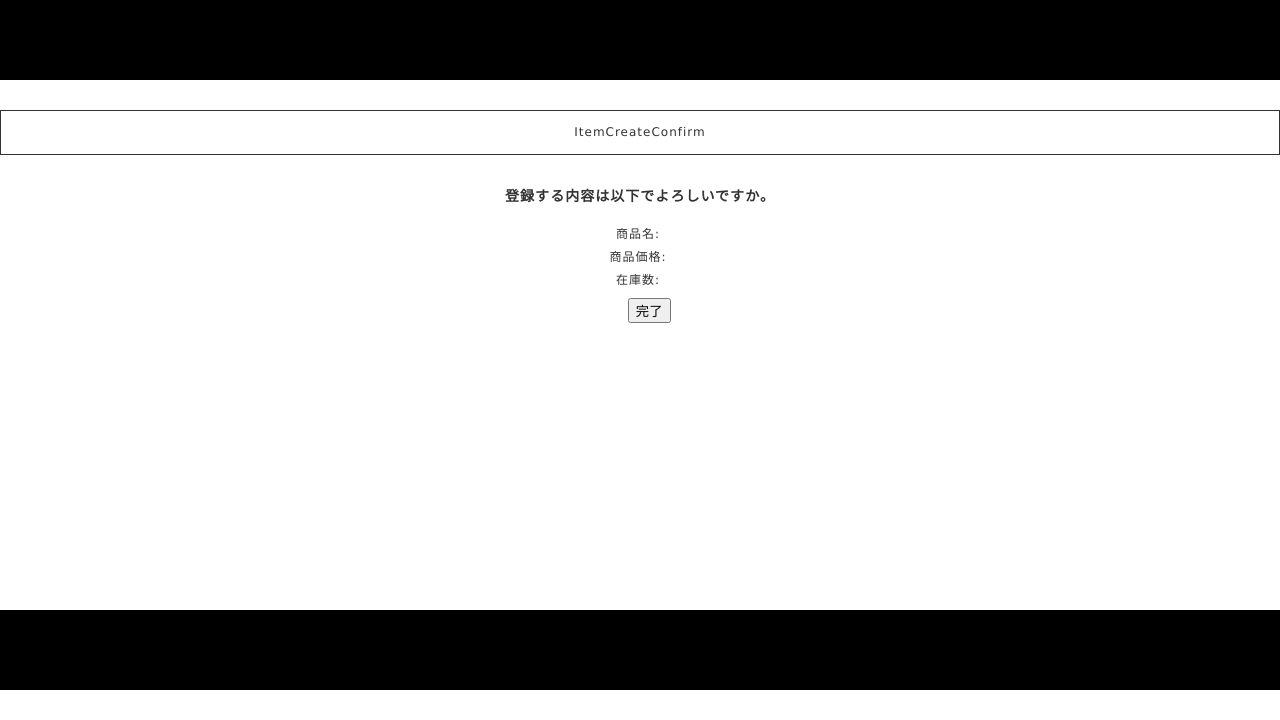
Repository: hirose0320/test
Page: http://localhost/ecsite2/itemCreateConfirm.jsp
The author's editor kept a copy of each file at every save. The page is drawn from the files as they stood at one save, then again after the next save.
The browser window is 1280 px wide. The pictures show the whole page.
Some web libraries are served in a nearby version. The page is served by Tomcat 9.

Above is the page before, as saved 2019-03-06 02:39:01.

After the next save:
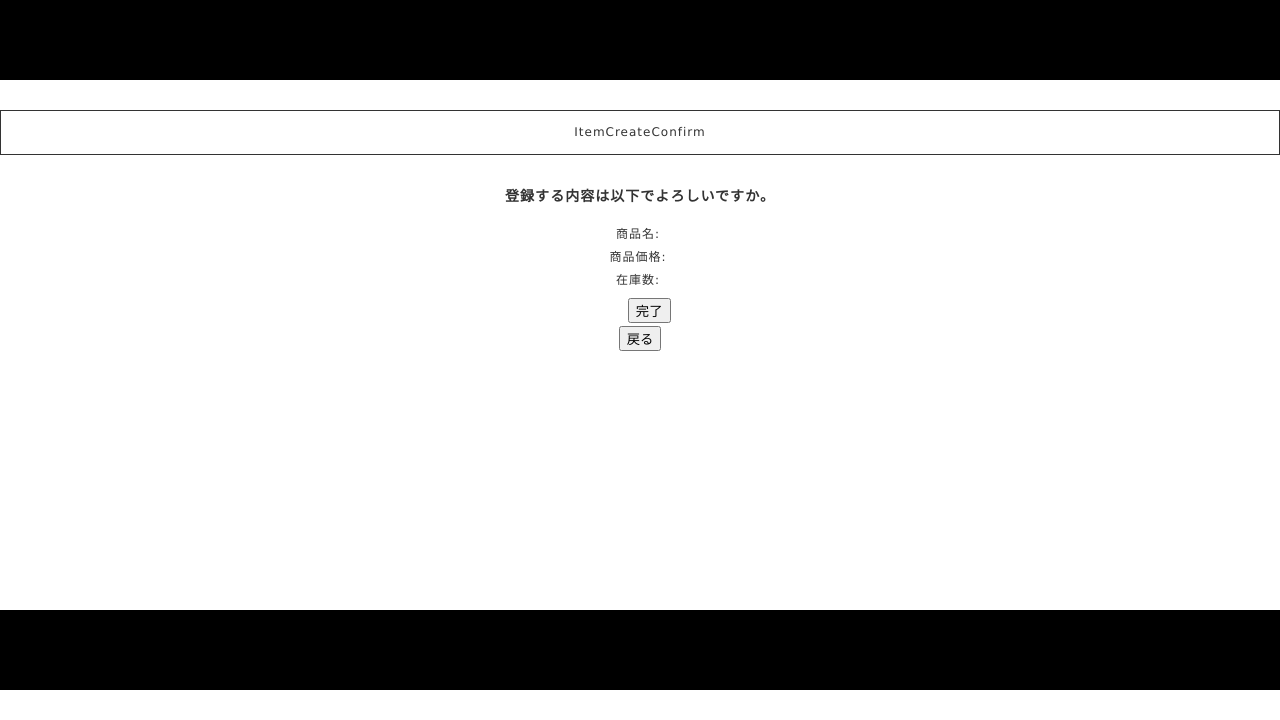
Saved 4 min 11 s later.
--- a/ecsite2/WebContent/itemCreateConfirm.jsp
+++ b/ecsite2/WebContent/itemCreateConfirm.jsp
@@ -10,6 +10,9 @@
 <meta http-equiv="imagetoolbar" content="no" />
 <meta name="description" content="" />
 <meta name="keywords" content="" />
+<script
+	src="http://ajax.googleapis.com/ajax/libs/jquery/1.9.1/jquery.min.js
+"></script>
 <title>ItemCreateConfirm画面</title>
 
 <style type="text/css">
@@ -81,8 +84,10 @@
 					</tr>
 					<tr>
 						<td><s:submit value="完了" /></td>
-					</tr>
 				</s:form>
+				<td><input type="button" value="戻る"
+					onclick="submitAction('HomeAction')" /></td>
+				</tr>
 			</table>
 		</div>
 	</div>
